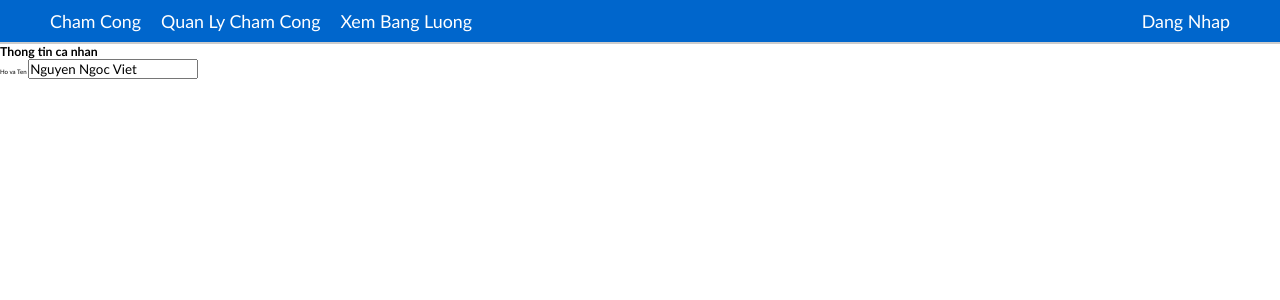
Repository: LDDUNG2003/a
Page: payroll.html
An editor plug-in stored every save of this project. The page is shown before and after the next save, followed by the edit.
The browser window is 1280 px wide. The pictures show the whole page.

Above is the page before, as saved 2023-10-15 12:06:29.

### payroll.html
<!DOCTYPE html>
<html lang="en">

<head>
    <meta charset="UTF-8">
    <meta name="viewport" content="width=device-width, initial-scale=1.0">
    <title>Document</title>
    <link rel="stylesheet" href="./controlView/css/base.css">

</head>

<body>
    <div class="main">
        <header class="app__header">
            <nav class="navBar">
                <ul class="navBar-list">
                    <li class="navBar--items"><a href="./index.html" class="navbar--link">Cham cong</a></li>
                    <li class="navBar--items"><a href="" class="navbar--link">Quan ly cham cong</a></li>
                    <li class="navBar--items">
                        <a href="" class="navbar--link">Xem bang luong</a></li>
                </ul>
                <ul class="navBar-list navBar-list--login">
                    <!-- login  -->
                    <li class="navBar--items">
                        <a href="./login.html" class="navbar--link">dang nhap</a></li>
                    <!-- admin menu -->
                    <!-- <li class="navBar--items">
                    admin
                    <ul class="account-list">
                        <li class="account--item"><a href="" class="navbar--link">admin</a></li>
                        <li class="account--item"><a href="" class="navbar--link">quan li nhan su</a></li>
                        <li class="account--item"><a href="" class="navbar--link">dang xuat</a></li>
                    </ul>
                </li> -->
                    <!-- personnel menu -->
                    <!-- <li class="navBar--items">
                    account name
                    <ul class="account-list">
                        <li class="account--item"><a href="" class="navbar--link">cai dat tai khoan</a></li>
                        <li class="account--item"><a href="" class="navbar--link">dang ki ca lam</a></li>
                        <li class="account--item"><a href="" class="navbar--link">dang xuat</a></li>
                    </ul>
                </li> -->
                </ul>
            </nav>
        </header>
        <div class="app__content">
            <div class="content-information">
                <div class="infomation--contain">
                    <h1>Thong tin ca nhan</h1>
                    <form action="" method="post">
                        <label for="name">Ho va Ten</label>
                        <input type="text" value="Nguyen Ngoc Viet">
                    </form>
                </div>
                <div class="infomation--contain"></div>
            </div>
        </div>
    </div>
</body>

</html>

### controlView/css/base.css
:root {
    --primary-color: #0066cc;
    --text-color: #040404;
}

* {
    padding: 0px;
    margin: 0px;
    font-family: 'Trebuchet MS', 'Lucida Sans Unicode', 'Lucida Grande', 'Lucida Sans', Arial, sans-serif;
}

html,
body {
    font-size: 0.62rem;
}

.main {}

.app__header {
    color: #fff;
    width: 100%;
    border-bottom: solid 2px #ccc;
    background-color: var(--primary-color);
}

.navBar {
    width: 100%;
    max-width: 1200px;
    margin: auto;
    display: flex;
    justify-content: space-between;
}

.navBar-list {
    display: flex;
    list-style: none;
    color: #fff;
}

.navBar--items {
    padding: 10px 10px;
    font-size: 1.8rem;
    position: relative;
    cursor: pointer;
    text-transform: capitalize;
}

.navBar--items::after {
    content: '';
    padding-top: 5px;
    top: 80%;
    left: 10px;
    display: none;
    /* width: 0px; */
    background-color: var(--primary-color);
    position: absolute;
    width: 70px;
}

.navBar--items:hover .navBar--items::after {
    display: block;
}

.navbar--link {
    text-decoration: none;
    color: inherit;
}

.account-list {
    position: absolute;
    width: 150px;
    display: none;
    list-style: none;
    padding: 4px;
    color: var(--text-color);
    top: 100%;
    left: 0px;
    box-shadow: #414141;
    background-color: white;
}

.navBar--items:hover .account-list {
    display: block;
}

.account--item {
    padding: 5px 0px;
    border-bottom: solid 1px #ccc;
}

.app__content {}

After the next save:
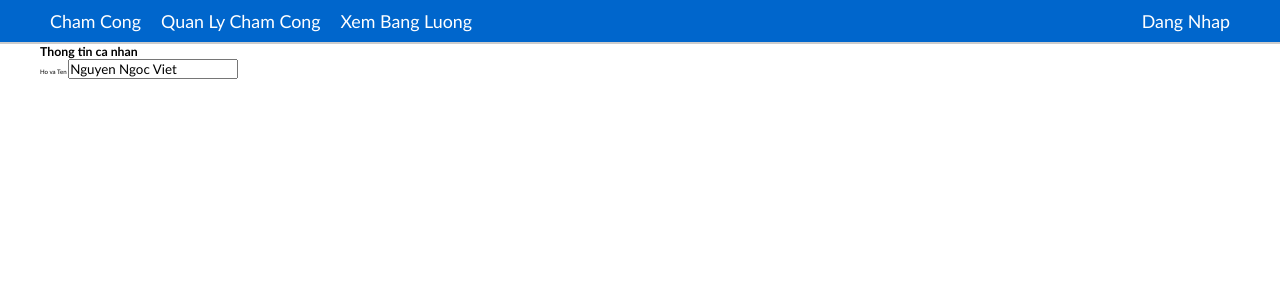
Saved 20 s later.
--- a/controlView/css/base.css
+++ b/controlView/css/base.css
@@ -88,4 +88,8 @@ body {
     border-bottom: solid 1px #ccc;
 }
 
-.app__content {}
+.app__content {
+    width: 100%;
+    max-width: 1200px;
+    margin: auto;
+}
